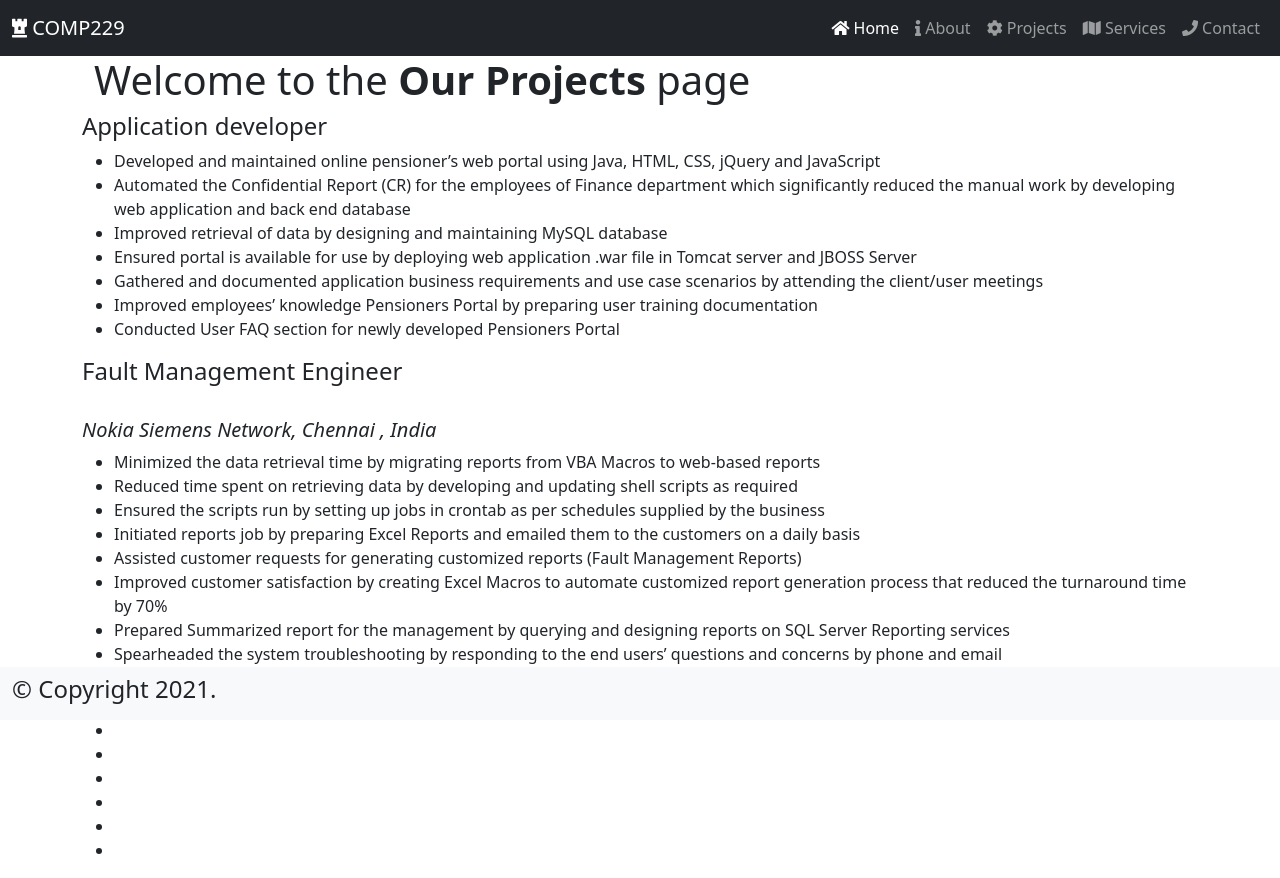
Repository: RevathyJK/Portfolio
Page: http://localhost/projects
An editor plug-in stored every save of this project. The page is shown before and after the next save, followed by the edit.
The browser window is 1280 px wide. The pictures show the whole page.
The page is served by the project's Node server (server.js).

Above is the page before, as saved 2021-09-27 23:17:25.

After the next save:
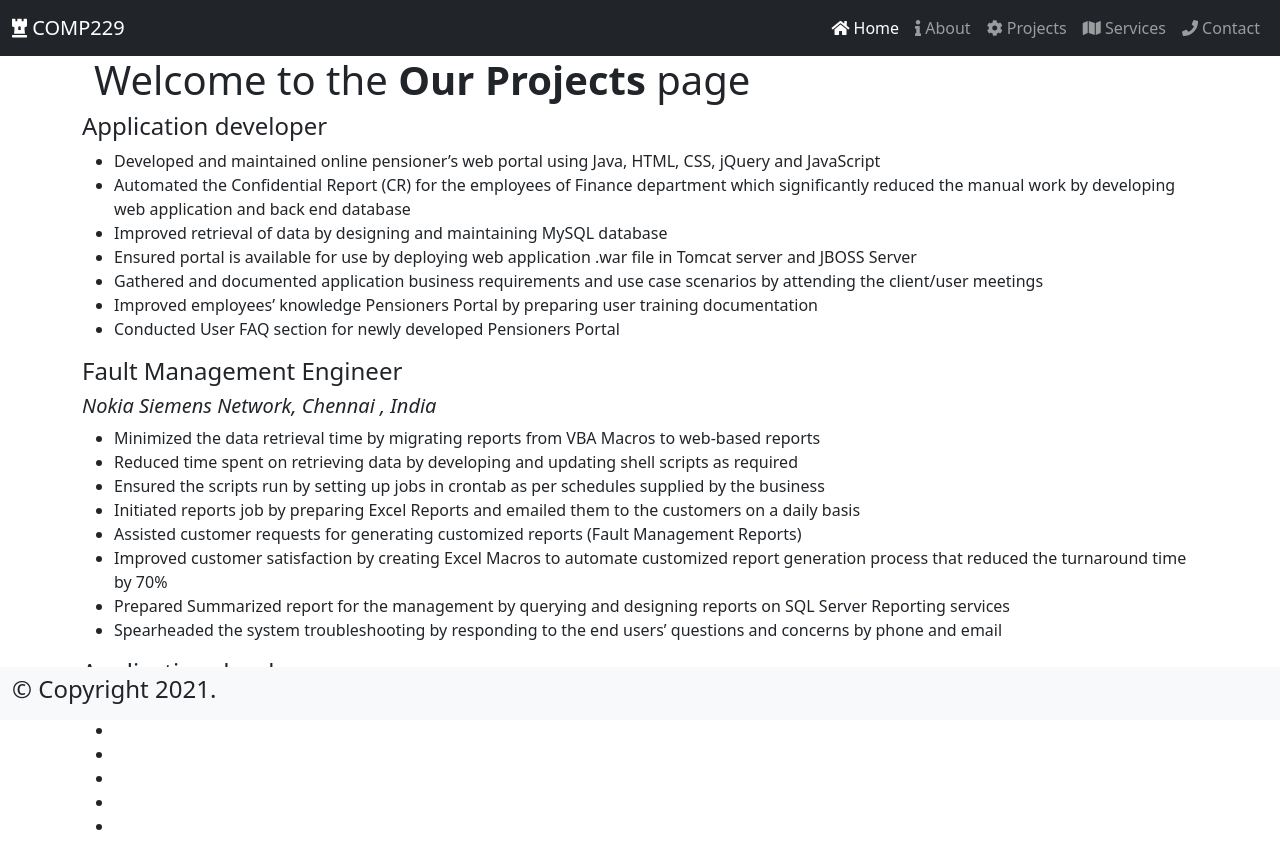
Saved 11 s later.
--- a/Server/Views/content/projects.ejs
+++ b/Server/Views/content/projects.ejs
@@ -17,7 +17,7 @@
 </tr>
 
 <tr>
-        <h4>Fault Management Engineer</h4><br>
+        <h4>Fault Management Engineer</h4>
         <h5><i>Nokia Siemens Network, Chennai , India</i></h5>
         <ul>
                 <li>Minimized the data retrieval time by migrating reports from VBA Macros to web-based reports</li>
